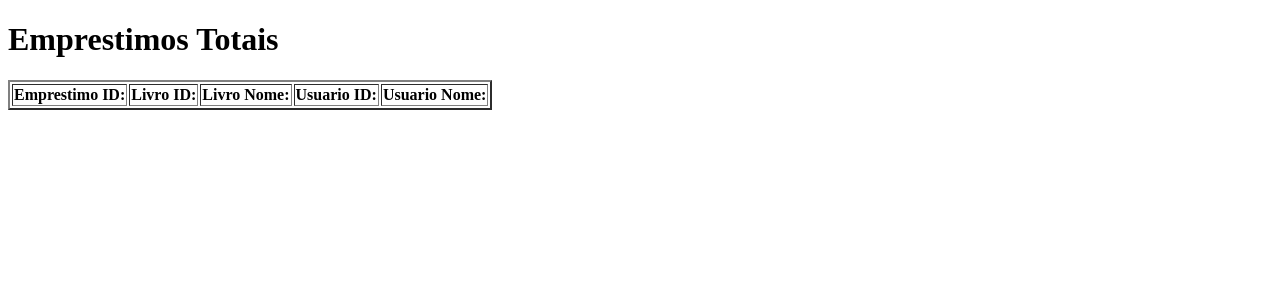
Repository: lmsmorais/ProjectEpiousion
Page: http://localhost/LibraryProject/EmprestimosTotais
The author's editor kept a copy of each file at every save. The page is drawn from the files as they stood at one save, then again after the next save.
The browser window is 1280 px wide. The pictures show the whole page.
The page is served by Tomcat 9. Other server files are loaded and not shown. Queries for data that is not in the repository find no rows.

Above is the page before, as saved 2020-11-12 22:15:24.

### LibraryProject/WebContent/emprestimosTotais.jsp
<%@ page language="java" contentType="text/html; charset=ISO-8859-1"
    pageEncoding="ISO-8859-1" %>
<!DOCTYPE html>
<%@taglib prefix="c" uri="http://java.sun.com/jsp/jstl/core"%>
<html>
    <head>
        <title>Emprestimos Totais</title>
        <meta charset='UTF-8'>
    </head>
    <body>
        <h1>Emprestimos Totais</h1>
			<table border="2">
					<tr>
						<th>Emprestimo ID:</th>
						<th>Livro ID:</th>
						<th>Livro Nome:</th>
						<th>Usuario ID:</th>
						<th>Usuario Nome:</th>
					</tr>
	            <c:forEach var="emprestimos" items="${listaEmprestimos}">
	                <tr>
	                	<td><c:out value="${emprestimos.idEmprestimo}"/></td>
	                    <td><c:out value="${emprestimos.idLivro}"/></td>
	                    <td><c:out value="${emprestimos.nomeLivro}"/></td>
	                    <td><c:out value="${emprestimos.idUsuario}"/></td>
	                    <td><c:out value="${emprestimos.nomeUsuario}"/></td>
	                </tr>
	            </c:forEach>
			</table>
    </body>
</html>

### LibraryProject/src/br/com/epiousion/controller/EmprestimosTotais.java
package br.com.epiousion.controller;

import java.io.IOException;
import java.util.List;

import javax.servlet.RequestDispatcher;
import javax.servlet.ServletException;
import javax.servlet.annotation.WebServlet;
import javax.servlet.http.HttpServlet;
import javax.servlet.http.HttpServletRequest;
import javax.servlet.http.HttpServletResponse;

import br.com.epiousion.bean.Emprestimo;
import br.com.epiousion.dao.EmprestimoDAO;

/**
 * Servlet implementation class EmprestimosTotais
 */
@WebServlet("/EmprestimosTotais")
public class EmprestimosTotais extends HttpServlet {
	private static final long serialVersionUID = 1L;

    /**
     * @see HttpServlet#HttpServlet()
     */
    public EmprestimosTotais() {
        super();
        // TODO Auto-generated constructor stub
    }

	/**
	 * @see HttpServlet#doGet(HttpServletRequest request, HttpServletResponse response)
	 */
	protected void doGet(HttpServletRequest request, HttpServletResponse response) throws ServletException, IOException {
		EmprestimoDAO emprestimos = new EmprestimoDAO();
        List<Emprestimo> emprestimosTotais = null;
        try {
        	emprestimosTotais = emprestimos.emprestimosTotais();

            request.setAttribute("listaEmprestimos", emprestimosTotais);
            RequestDispatcher rd = request.getRequestDispatcher("emprestimosTotais.jsp");
            rd.forward(request, response);

        } catch (Exception e) {
            throw new ServletException(e);
        }
	}

	/**
	 * @see HttpServlet#doPost(HttpServletRequest request, HttpServletResponse response)
	 */
	protected void doPost(HttpServletRequest request, HttpServletResponse response) throws ServletException, IOException {
		// TODO Auto-generated method stub
		doGet(request, response);
	}

}

### LibraryProject/src/br/com/epiousion/dao/EmprestimoDAO.java
package br.com.epiousion.dao;

import java.sql.Connection;
import java.sql.PreparedStatement;
import java.sql.ResultSet;
import java.sql.SQLException;
import java.sql.Statement;
import java.util.ArrayList;
import java.util.List;

import br.com.epiousion.bean.Emprestimo;
import br.com.epiousion.conexao.ConexaoDatasource;

public class EmprestimoDAO {

	public boolean emprestimo(String idLivro, String nomeLivro, String idUsuario, String nomeUsuario) {
		Connection c = ConexaoDatasource.getConexao();
		PreparedStatement ps;

		try {
			ps = c.prepareStatement("insert into library.emprestimos (idLivro,nomeLivro,idUsuario,nomeUsuario) values (?,?,?,?)");

			ps.setString(1, idLivro);
			ps.setString(2, nomeLivro);
			ps.setString(3, idUsuario);
			ps.setString(4, nomeUsuario);

			int Nlinhas = ps.executeUpdate();
			if(Nlinhas > 0) {
				return true;
			} else {
				return false;
			}

		} catch (SQLException e) {
			e.printStackTrace();
		}
		return false;
	}

	public List<Emprestimo> emprestimosTotais(){
		Connection c = null;
		Statement ps = null;
		ResultSet rs = null;

		List<Emprestimo> listaEmpestimos = new ArrayList<Emprestimo>();

		try {
			c = ConexaoDatasource.getConexao();
			ps = c.createStatement();
			rs = ps.executeQuery("select * from library.emprestimos");

			while(rs.next()) {

				Emprestimo emprestimo = new Emprestimo();
				emprestimo.setIdEmprestimo(rs.getInt("idEmprestimo"));
				emprestimo.setIdLivro(rs.getString("idLivro"));
				emprestimo.setNomeLivro(rs.getString("nomeLivro"));
				emprestimo.setIdUsuario(rs.getString("idUsuario"));
				emprestimo.setNomeUsuario(rs.getString("nomeUsuario"));
				listaEmpestimos.add(emprestimo);
			}

		} catch (SQLException e) {
			e.printStackTrace();
		} finally {
			try {
				c.close();
				ps.close();
				rs.close();
			} catch (SQLException e) {
				// TODO Auto-generated catch block
				e.printStackTrace();
			}

		}
		return listaEmpestimos;
	}

	public void removerEmprestimo(String id) {
		Connection c = ConexaoDatasource.getConexao();
		PreparedStatement ps;

		try {
			ps = c.prepareStatement("delete from library.emprestimos where idEmprestimo = ?");

			ps.setString(1, id);

			ps.executeUpdate();

			c.close();
			ps.close();

		} catch (SQLException e) {
			// TODO Auto-generated catch block
			e.printStackTrace();
		}
	}

	public List<Emprestimo> emprestimoUsuario(int idUsuario){
		Connection c = null;
		Statement ps = null;
		ResultSet rs = null;

		List<Emprestimo> listaEmpestimosUsuario = new ArrayList<Emprestimo>();

		try {
			c = ConexaoDatasource.getConexao();
			ps = c.createStatement();
			rs = ps.executeQuery("select * from library.emprestimos where idUsuario = " + idUsuario);


			while(rs.next()) {

				Emprestimo emprestimo = new Emprestimo();
				emprestimo.setIdEmprestimo(rs.getInt("idEmprestimo"));
				emprestimo.setIdLivro(rs.getString("idLivro"));
				emprestimo.setNomeLivro(rs.getString("nomeLivro"));
				emprestimo.setIdUsuario(rs.getString("idUsuario"));
				emprestimo.setNomeUsuario(rs.getString("nomeUsuario"));
				listaEmpestimosUsuario.add(emprestimo);
			}

		} catch (SQLException e) {
			e.printStackTrace();
		} finally {
			try {
				c.close();
				ps.close();
				rs.close();
			} catch (SQLException e) {
				// TODO Auto-generated catch block
				e.printStackTrace();
			}

		}
		return listaEmpestimosUsuario;
	}


}

### LibraryProject/src/br/com/epiousion/conexao/ConexaoDatasource.java
package br.com.epiousion.conexao;

import java.sql.Connection;
import java.sql.SQLException;

import javax.naming.Context;
import javax.naming.InitialContext;
import javax.naming.NamingException;
import javax.sql.DataSource;

public class ConexaoDatasource {

	public static Connection getConexao() {

		try {

			Context context = new InitialContext();
			Context env = (Context)context.lookup("java:comp/env");

			DataSource ds = (DataSource)env.lookup("jdbc/library");

			try {

				Connection c = ds.getConnection()	;
				return c;

			} catch (SQLException e) {
				// TODO Auto-generated catch block
				e.printStackTrace();
			}

		} catch (NamingException e) {
			// TODO Auto-generated catch block
			e.printStackTrace();
		}
		return null;
	}
}

After the next save:
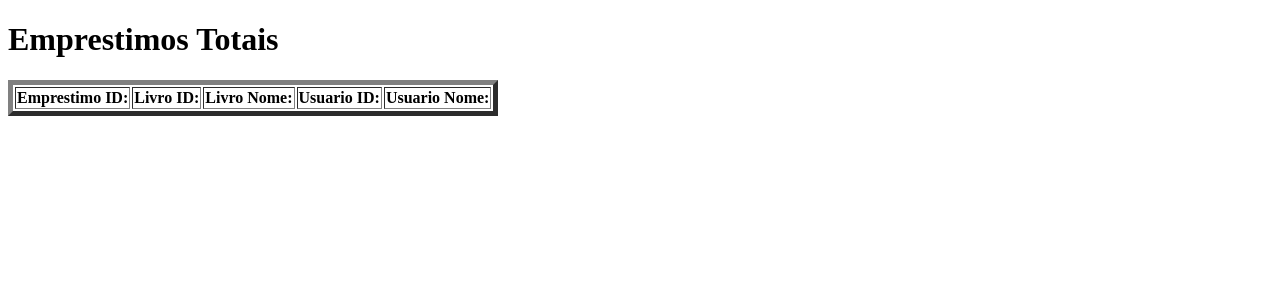
Saved 4 min 44 s later.
--- a/LibraryProject/WebContent/emprestimosTotais.jsp
+++ b/LibraryProject/WebContent/emprestimosTotais.jsp
@@ -9,7 +9,7 @@
     </head>
     <body>
         <h1>Emprestimos Totais</h1>
-			<table border="2">
+			<table border="5">
 					<tr>
 						<th>Emprestimo ID:</th>
 						<th>Livro ID:</th>
